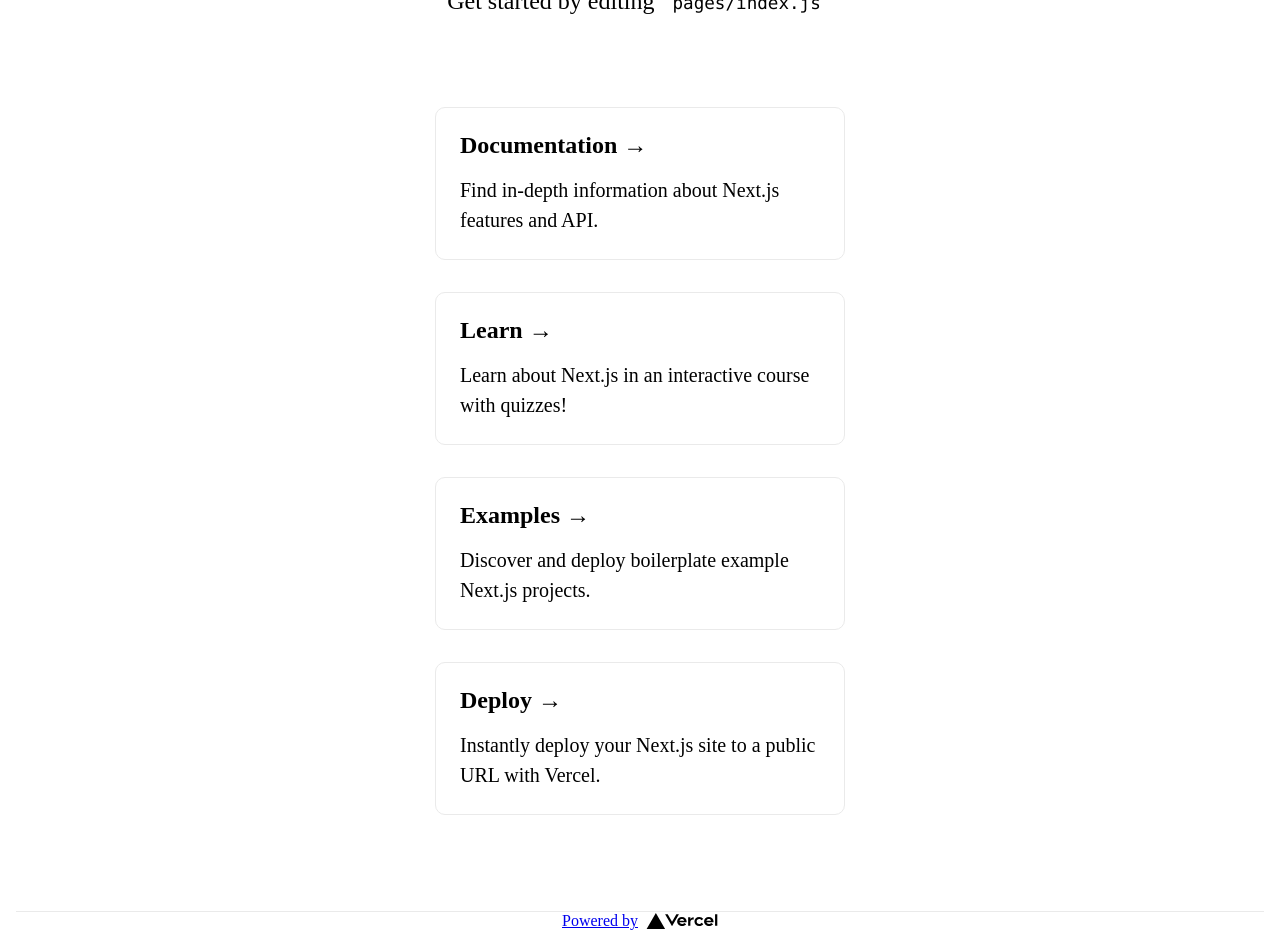
Repository: fhub-1/tutorial
Page: /
An editor plug-in stored every save of this project. The page is shown before and after the next save, followed by the edit.
The browser window is 1280 px wide. The pictures show the whole page.
The project was rebuilt for these pictures with package versions that can differ from the ones it lists, and the page was loaded fresh each time. The framework's server and built-in components were replaced by stand-ins that run in the browser. Also part of the build but not shown: next.config.js.

Above is the page before, as saved 2021-06-21 11:06:29.

### pages/_app.js
//adding tailwindcss file
import "tailwindcss/tailwind.css"


function MyApp({ Component, pageProps }) {
  return <Component {...pageProps} />
}

export default MyApp

### pages/index.js
import Head from 'next/head'
import Image from 'next/image'
import styles from '../styles/Home.module.css'

export default function Home() {
  return (
    <div className={styles.container} >
      <Head>
        <title>Create Next App</title>
        <meta name="description" content="Generated by create next app" />
        <link rel="icon" href="/favicon.ico" />
      </Head>

      <main className={styles.main}>
        <h1 className={styles.title}>
          Welcome to <a href="https://nextjs.org">Next.js!</a>
        </h1>

        <p className={styles.description}>
          Get started by editing{' '}
          <code className={styles.code}>pages/index.js</code>
        </p>

        <div className={styles.grid}>
          <a href="https://nextjs.org/docs" className={styles.card}>
            <h2>Documentation &rarr;</h2>
            <p>Find in-depth information about Next.js features and API.</p>
          </a>

          <a href="https://nextjs.org/learn" className={styles.card}>
            <h2>Learn &rarr;</h2>
            <p>Learn about Next.js in an interactive course with quizzes!</p>
          </a>

          <a
            href="https://github.com/vercel/next.js/tree/master/examples"
            className={styles.card}
          >
            <h2>Examples &rarr;</h2>
            <p>Discover and deploy boilerplate example Next.js projects.</p>
          </a>

          <a
            href="https://vercel.com/new?utm_source=create-next-app&utm_medium=default-template&utm_campaign=create-next-app"
            className={styles.card}
          >
            <h2>Deploy &rarr;</h2>
            <p>
              Instantly deploy your Next.js site to a public URL with Vercel.
            </p>
          </a>
        </div>
      </main>

      <footer className={styles.footer}>
        <a
          href="https://vercel.com?utm_source=create-next-app&utm_medium=default-template&utm_campaign=create-next-app"
          target="_blank"
          rel="noopener noreferrer"
        >
          Powered by{' '}
          <span className={styles.logo}>
            <Image src="/vercel.svg" alt="Vercel Logo" width={72} height={16} />
          </span>
        </a>
      </footer>
    </div>
  )
}

### styles/Home.module.css
.container {
  min-height: 100vh;
  padding: 0 0.5rem;
  display: flex;
  flex-direction: column;
  justify-content: center;
  align-items: center;
  height: 100vh;
}

.main {
  padding: 5rem 0;
  flex: 1;
  display: flex;
  flex-direction: column;
  justify-content: center;
  align-items: center;
}

.footer {
  width: 100%;
  height: 100px;
  border-top: 1px solid #eaeaea;
  display: flex;
  justify-content: center;
  align-items: center;
}

.footer a {
  display: flex;
  justify-content: center;
  align-items: center;
  flex-grow: 1;
}

.title a {
  color: #0070f3;
  text-decoration: none;
}

.title a:hover,
.title a:focus,
.title a:active {
  text-decoration: underline;
}

.title {
  margin: 0;
  line-height: 1.15;
  font-size: 4rem;
}

.title,
.description {
  text-align: center;
}

.description {
  line-height: 1.5;
  font-size: 1.5rem;
}

.code {
  background: blue.700;
  border-radius: 5px;
  padding: 0.75rem;
  font-size: 1.1rem;
  font-family: Menlo, Monaco, Lucida Console, Liberation Mono, DejaVu Sans Mono,
    Bitstream Vera Sans Mono, Courier New, monospace;
}

.grid {
  display: flex;
  align-items: center;
  justify-content: center;
  flex-wrap: wrap;
  max-width: 800px;
  margin-top: 3rem;
}

.card {
  margin: 1rem;
  padding: 1.5rem;
  text-align: left;
  color: inherit;
  text-decoration: none;
  border: 1px solid #eaeaea;
  border-radius: 10px;
  transition: color 0.15s ease, border-color 0.15s ease;
  width: 45%;
}

.card:hover,
.card:focus,
.card:active {
  color: #0070f3;
  border-color: #0070f3;
}

.card h2 {
  margin: 0 0 1rem 0;
  font-size: 1.5rem;
}

.card p {
  margin: 0;
  font-size: 1.25rem;
  line-height: 1.5;
}

.logo {
  height: 1em;
  margin-left: 0.5rem;
}

@media (max-width: 600px) {
  .grid {
    width: 100%;
    flex-direction: column;
  }
}

After the next save:
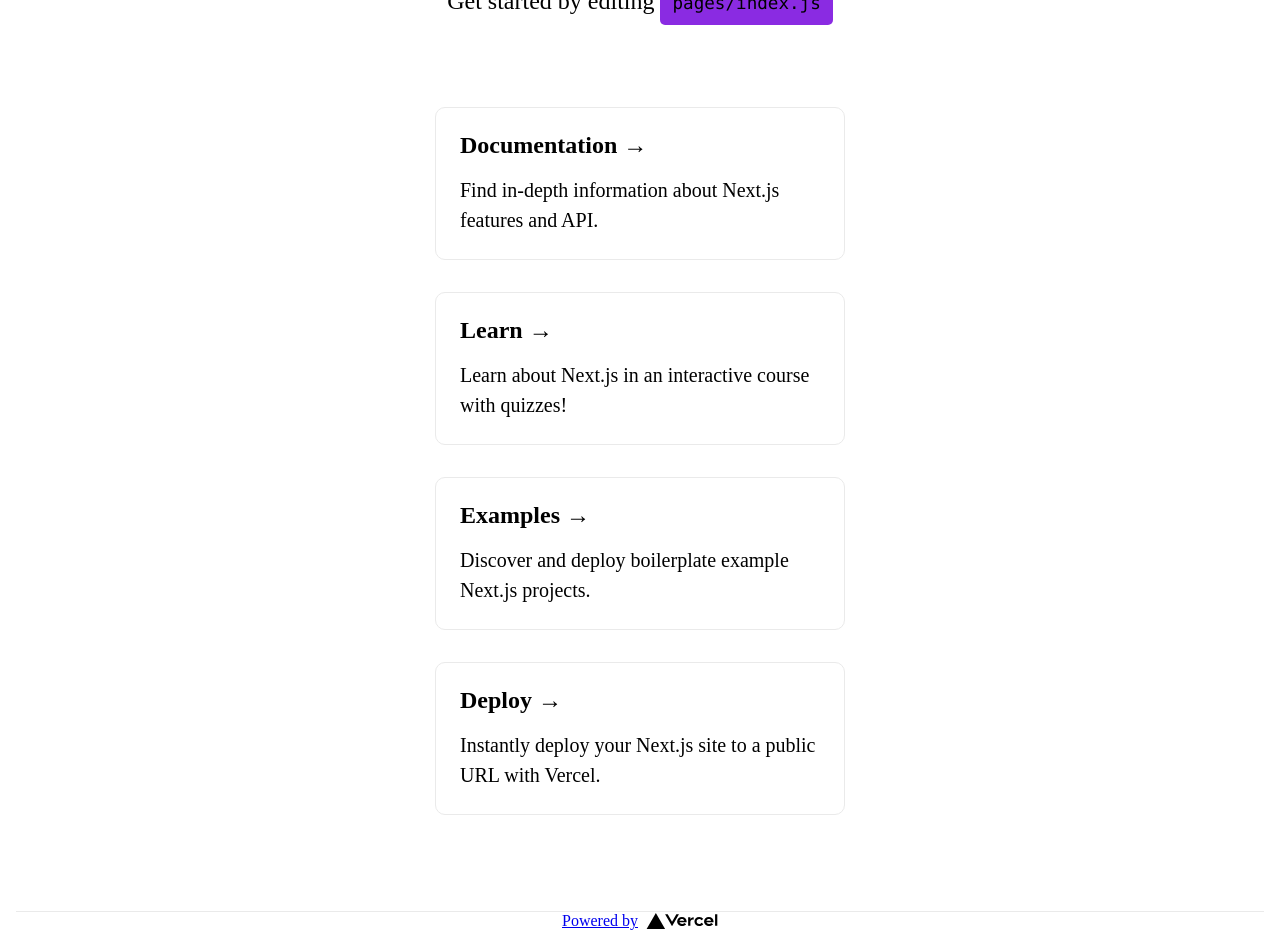
Saved 59 s later.
--- a/styles/Home.module.css
+++ b/styles/Home.module.css
@@ -61,7 +61,7 @@
 }
 
 .code {
-  background: blue.700;
+  background: blueviolet;
   border-radius: 5px;
   padding: 0.75rem;
   font-size: 1.1rem;
